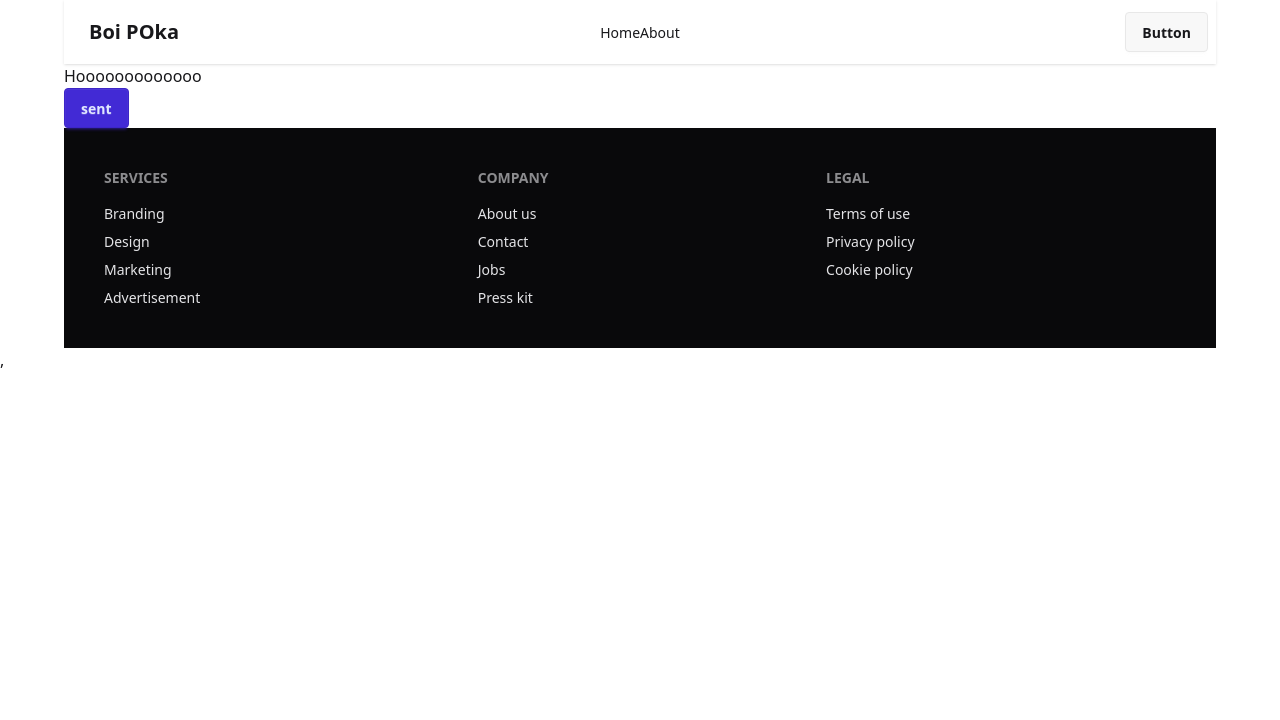
Repository: SanjidaSnigdha/Boipoka-Book-Vibe-Project
Page: /
These files come from the project's save history. The page is drawn as it stood at one moment and after the next save; the edit follows.
The browser window is 1280 px wide. The pictures show the whole page.
The project was rebuilt for these pictures with package versions that can differ from the ones it lists, and the page was loaded fresh each time. Also part of the build but not shown: vite.config.js, src/App.css, src/App.jsx, src/Pages/Root/ErrorPage/ErrorPage.jsx.

Above is the page before, as saved 2026-05-12 11:40:35.

After the next save:
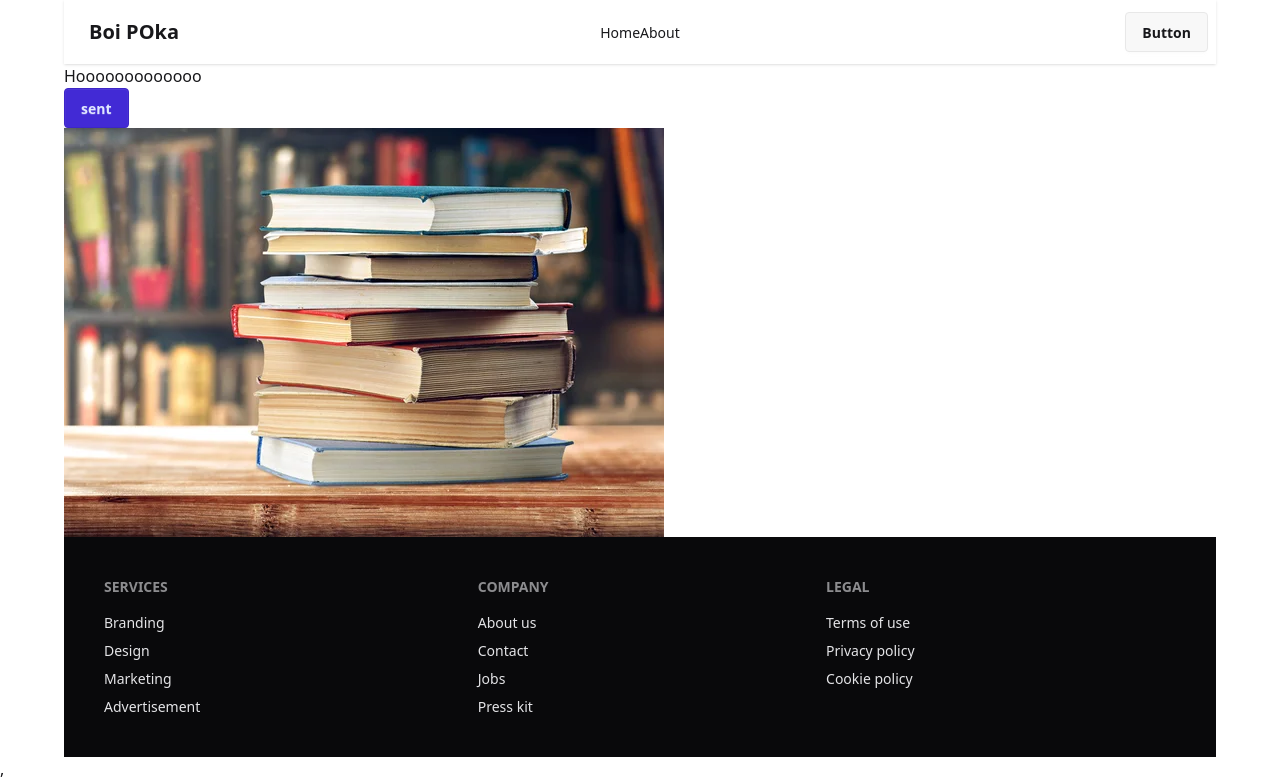
Saved 27 s later.
--- a/src/Components/Banner/Banner.jsx
+++ b/src/Components/Banner/Banner.jsx
@@ -9,7 +9,7 @@ const Banner = () => {
             <button className='btn btn-primary'>sent</button>
             </diV>
             <div>
-               <img src="" alt="" />
+               <img src={bookImage} alt="" />
             </div>
         </div>
     );
